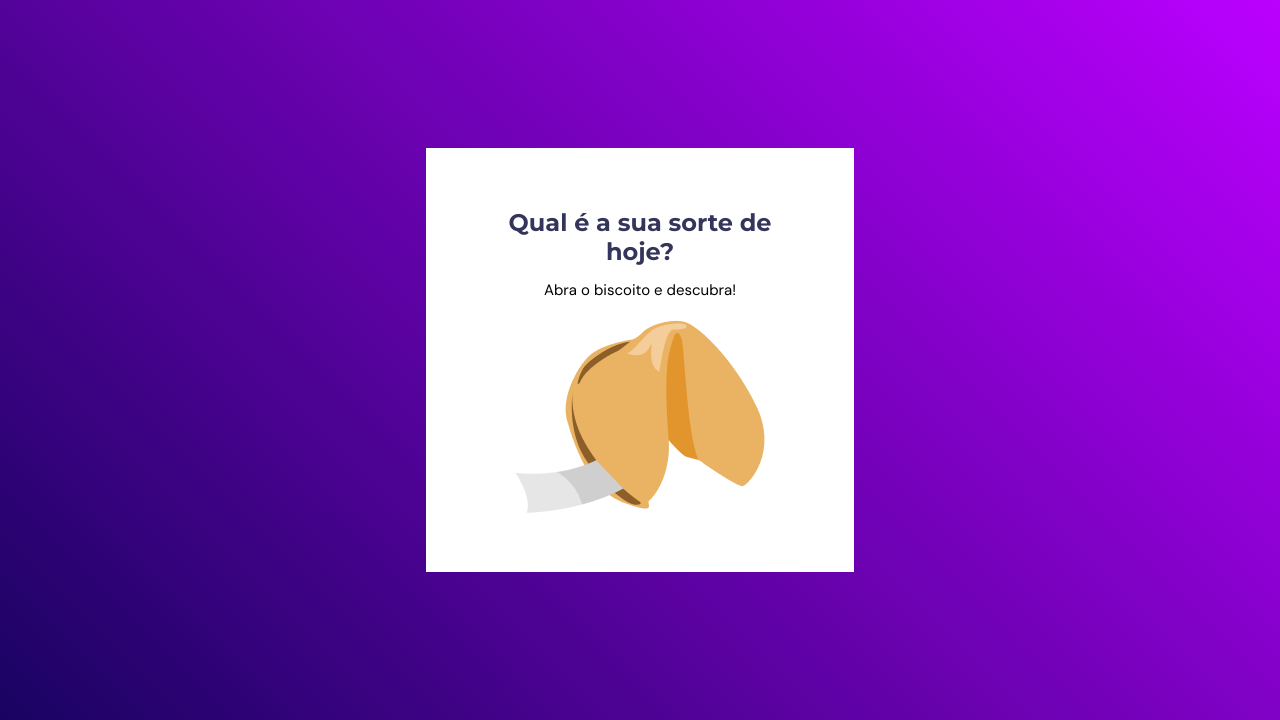
Repository: caueenrico/cookieCoach
Page: index.html
The author's editor kept a copy of each file at every save. The page is drawn from the files as they stood at one save, then again after a run of saves.
The browser window is 1280 px wide. The pictures show the whole page.

Above is the page before, as saved 2023-06-27 16:12:28.

After the next 4 saves:
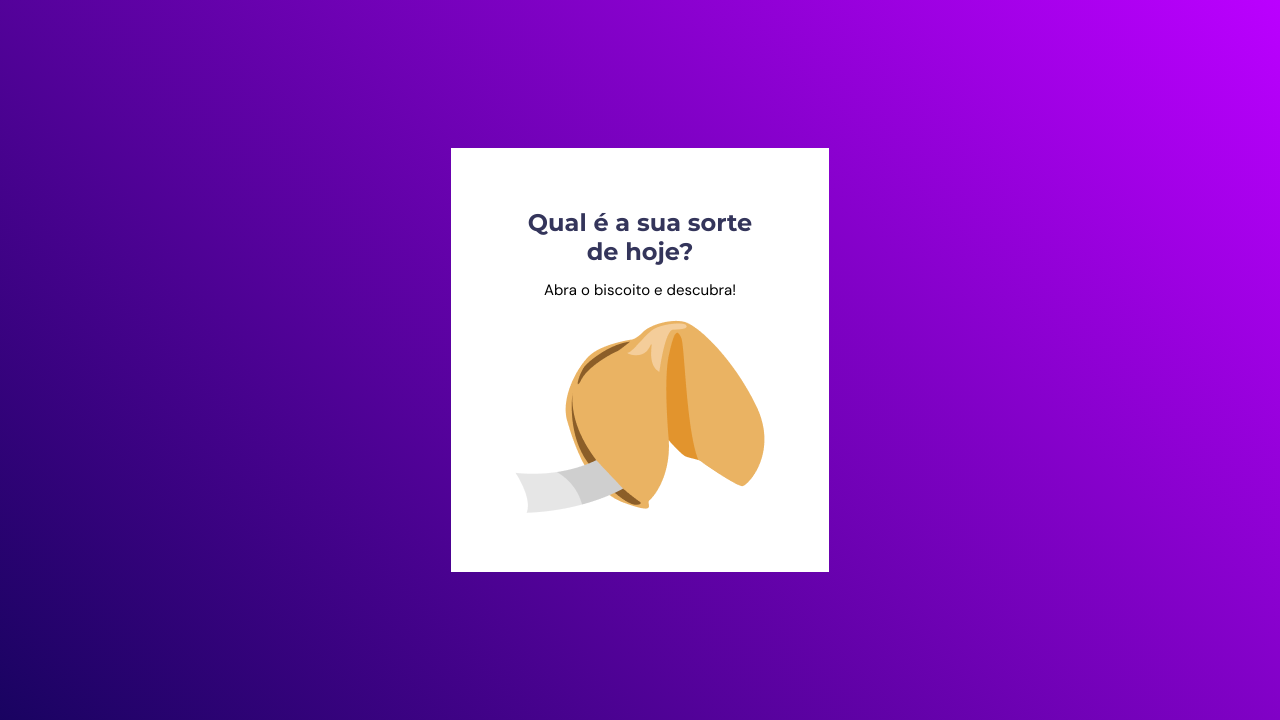
The 4 saves are shown as one change because they came seconds apart.
The last was saved 34 s later.
--- a/index.html
+++ b/index.html
@@ -14,7 +14,7 @@
   </head>
   <body>
     <main>
-      <h1>Qual é a sua sorte de hoje?</h1>
+      <h1>Qual é a sua sorte <br/> de hoje?</h1>
       <p>Abra o biscoito e descubra!</p>
       <img src="/biscoitoClose.png" alt="">
     </main>
